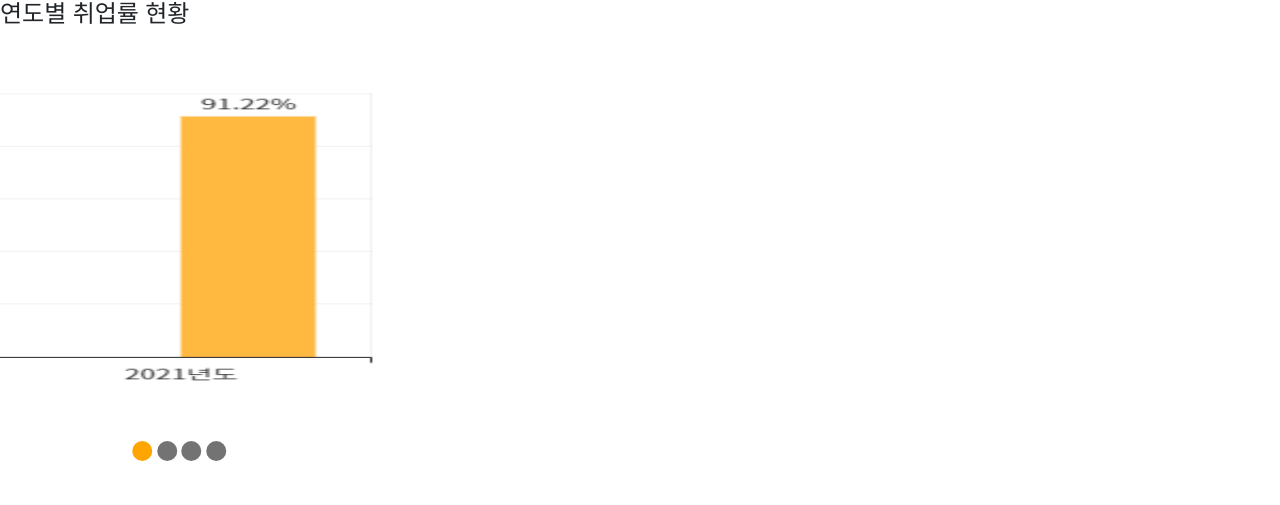
Repository: JavaJin96/kr.or.ddit.HighJava
Page: http://localhost/TeamProjectDCUM/work_psj/iframe_psj/getwork.jsp
An editor plug-in stored every save of this project. The page is shown before and after the next save, followed by the edit.
The browser window is 1280 px wide. The pictures show the whole page.
The page is served by Tomcat 9.

Above is the page before, as saved 2022-02-16 01:12:34.

After the next save:
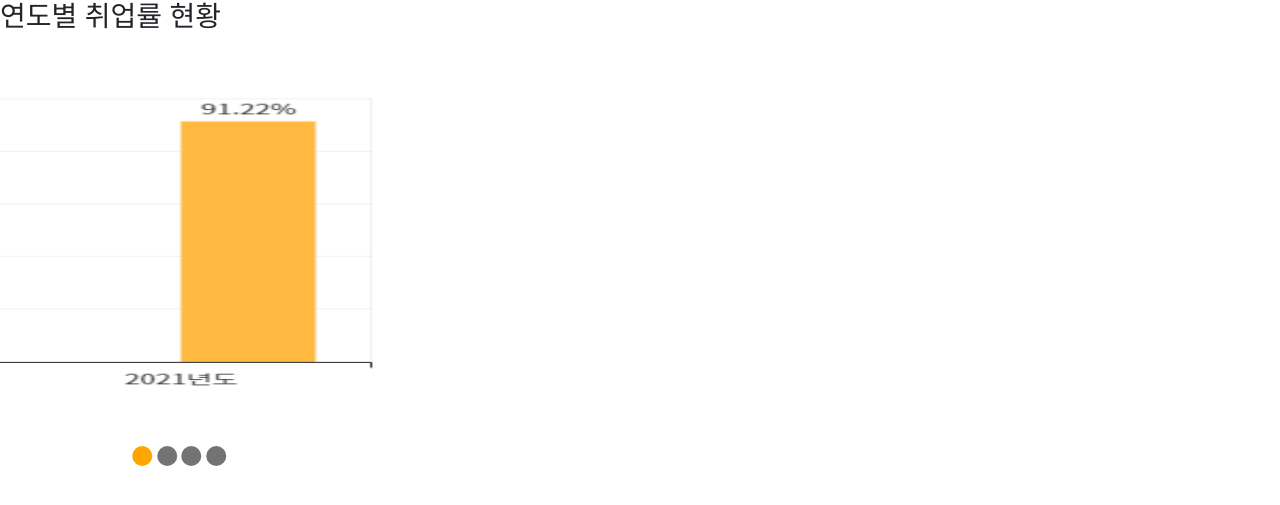
Saved 11 s later.
--- a/3.Highjava/workspace/TeamProjectDCUM/WebContent/work_psj/iframe_psj/getwork.jsp
+++ b/3.Highjava/workspace/TeamProjectDCUM/WebContent/work_psj/iframe_psj/getwork.jsp
@@ -105,7 +105,7 @@ ul.imgs li{
 
 </head>
 <body>
-	<h4>연도별 취업률 현황</h4>
+	<h3>연도별 취업률 현황</h3>
 	<div class="slider" targer="ifr">
 	    <input type="radio" name="slide" id="slide1" checked>
 	    <input type="radio" name="slide" id="slide2">
